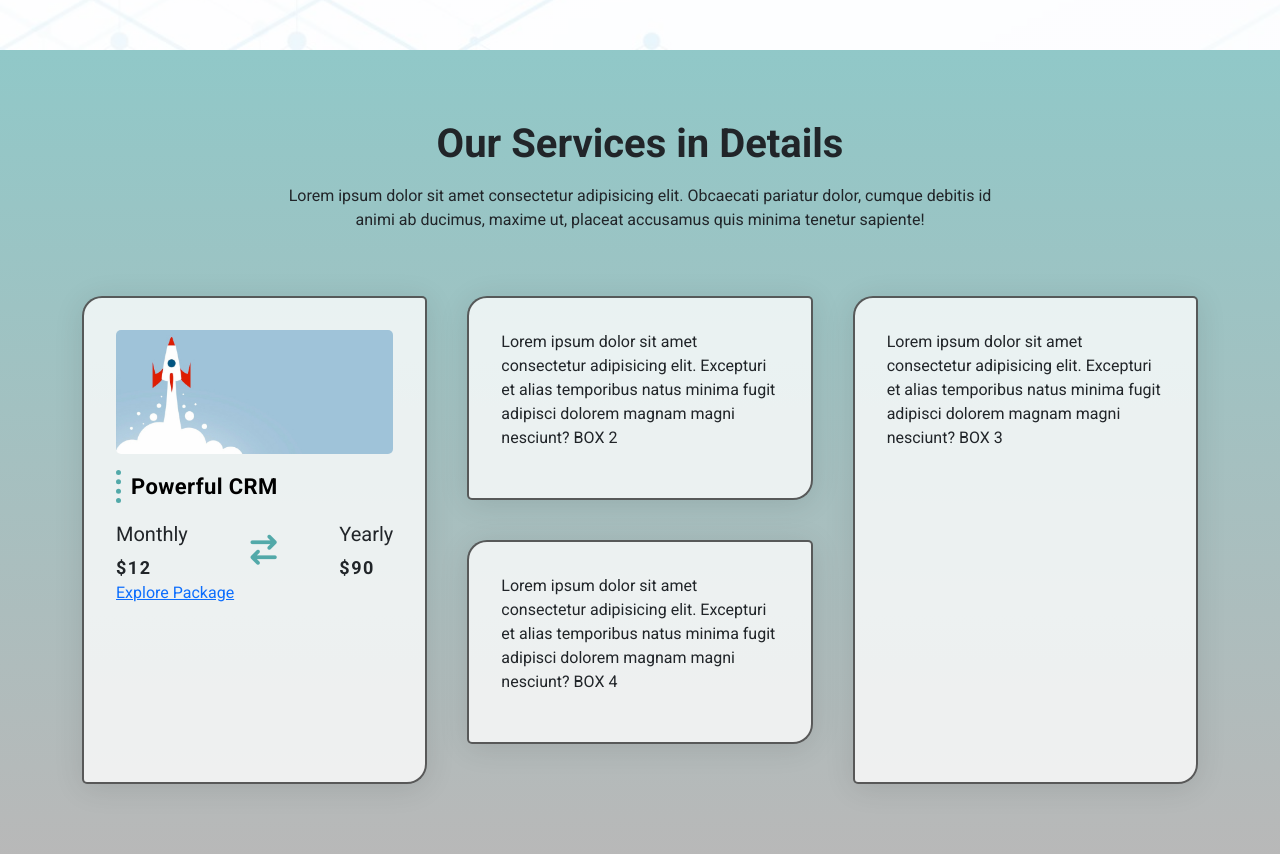
Repository: nazmulalok/landing-page-angelio
Page: index.html
The author's editor kept a copy of each file at every save. The page is drawn from the files as they stood at one save, then again after the next save.
The browser window is 1280 px wide. The pictures show the part of the page from y = 2012 to 2866 px (the page is 2866 px tall).
A picture or video elsewhere on the page could not be fetched, so the positions and the page height are approximate. Some web libraries are served in a nearby version.

Above is the page before, as saved 2022-09-25 00:07:10.

After the next save:
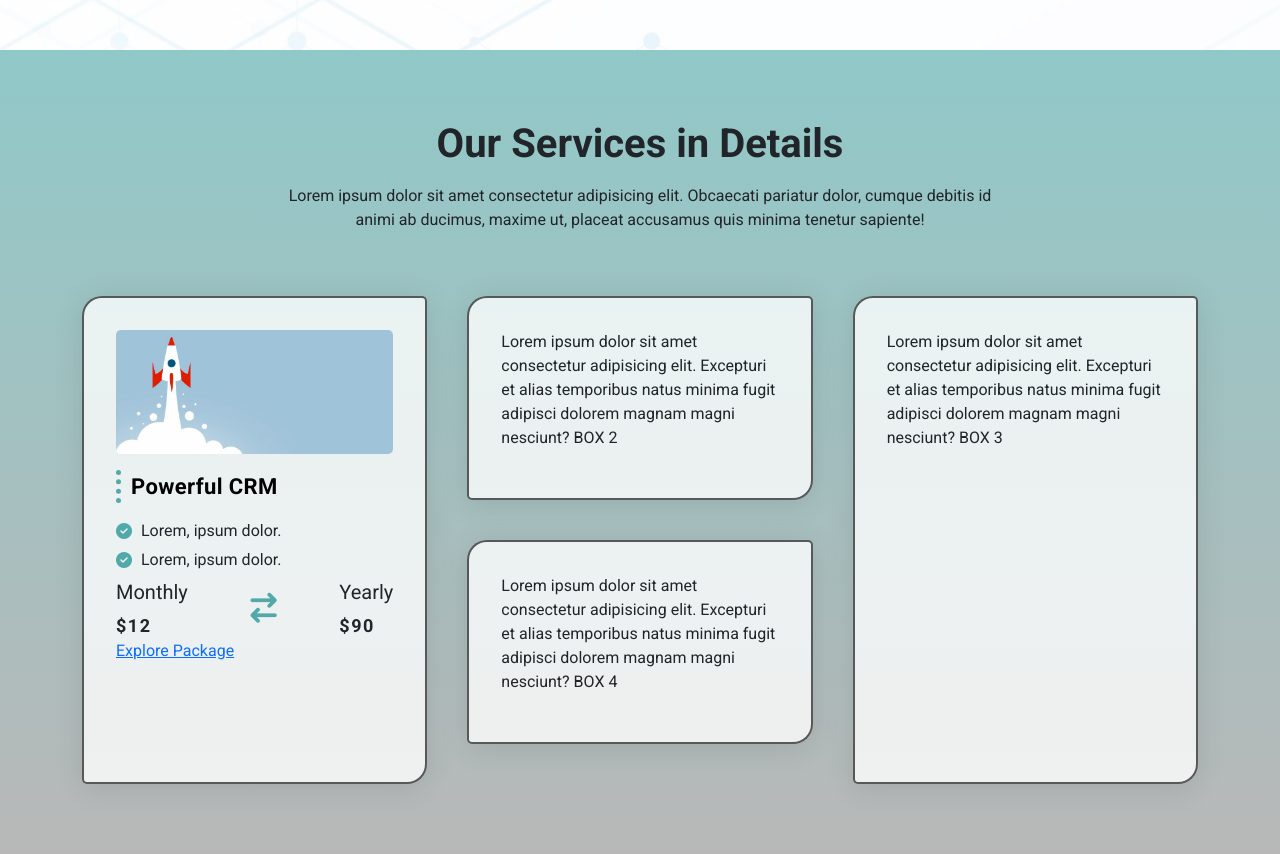
Saved 30 h 55 min later.
--- a/index.html
+++ b/index.html
@@ -190,6 +190,10 @@
                         <div class="details-title">
                             Powerful CRM
                         </div>
+                        <ul class="check-list">
+                            <li>Lorem, ipsum dolor.</li>
+                            <li>Lorem, ipsum dolor.</li>
+                        </ul>
                         <div class="d-flex justify-content-between">
                             <div class="service-package">
                                 <p>Monthly</p>
